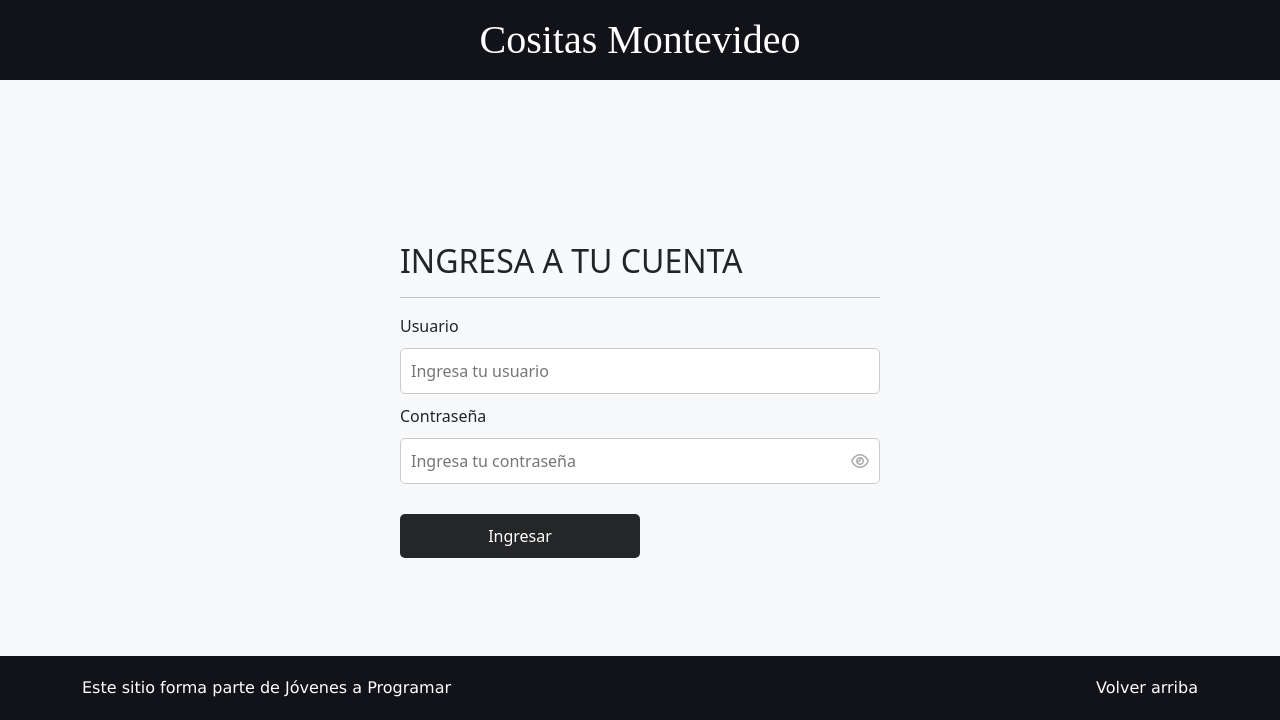
Repository: naticab/proyecto-dw
Page: login.html
An editor plug-in stored every save of this project. The page is shown before and after the next save, followed by the edit.
The browser window is 1280 px wide. The pictures show the whole page.
Some web fonts or font styles are not loaded; a fallback is used.

Above is the page before, as saved 2024-09-15 14:37:45.

### login.html
<!DOCTYPE html>
<html lang="es">

<head>
  <meta charset="UTF-8">
  <meta name="viewport" content="width=device-width, initial-scale=1, shrink-to-fit=no">
  <title>eMercado - Todo lo que busques está aquí</title>

  <link href="https://fonts.googleapis.com/css?family=Raleway:300,300i,400,400i,700,700i,900,900i" rel="stylesheet">
  <link href="css/bootstrap.min.css" rel="stylesheet">
  <link href="https://cdn.jsdelivr.net/npm/bootstrap@5.3.0/dist/css/bootstrap.min.css" rel="stylesheet">
  <link href="https://cdn.jsdelivr.net/npm/@fortawesome/fontawesome-free/css/all.min.css" rel="stylesheet">
  <link href="css/styles.css" rel="stylesheet" type="text/css">
  <link rel="stylesheet" href="css/login.css" type="text/css">
  <link href="css/header-and-footer.css" rel="stylesheet">
  <link href="https://fonts.googleapis.com/css2?family=Love+Ya+Like+A+Sister&display=swap" rel="stylesheet">
</head>

<body>

  <header>
    <div class="header-container">
        <h1>Cositas Montevideo</h1>
    </div>
</header>


  <main>
    <div class="login-container">
      <h2>INGRESA A TU CUENTA</h2>
      <hr>
      <label for="username">Usuario</label>
      <input type="text" id="username" name="username" placeholder="Ingresa tu usuario">

      <label for="password">Contraseña</label>
      <div class="password-container">
        <input type="password" id="password" name="password" placeholder="Ingresa tu contraseña">
        <i class="far fa-eye" id="togglePassword"></i>
      </div>

      <button type="submit" id="button">Ingresar</button>
    </div>
  </main>

  <footer class="text-center py-2">
    <div class="container">
      <div class="footer-content">
        <p class="footer-text">Este sitio forma parte de <a class="footer-link" href="https://jovenesaprogramar.edu.uy/"
            target="_blank">Jóvenes a Programar</a></p>
        <p class="footer-link-end">
          <a class="footer-link" href="#">Volver arriba</a>
        </p>
      </div>
    </div>
  </footer>

  <script src="js/login.js"></script>
</body>

</html>

### css/styles.css
.jumbotron,
.card-body,
.container,
.site-header {
  font-family: 'Verdana', serif !important;
}

.jumbotron .display-4 {
  font-weight: bold;
}

nav a {
  text-decoration: none;
}

.bd-placeholder-img {
  font-size: 1.125rem;
  text-anchor: middle;
  -webkit-user-select: none;
  -moz-user-select: none;
  -ms-user-select: none;
  user-select: none;
}

@media (min-width: 768px) {
  .bd-placeholder-img-lg {
    font-size: 3.5rem;
  }
}

.jumbotron {
  height: 50vh;
  padding: 5em inherit;
  margin-bottom: 0;
  background-color: #53C0FB;
  background: url('../img/cover_back.png');
  background-size: cover;
  background-position: center;
  background-repeat: no-repeat;
  color: black;
  font-weight: bold;
}

@media (min-width: 768px) {
  .jumbotron {
    padding-top: 6rem;
    padding-bottom: 6rem;
  }
}

.jumbotron p:last-child {
  margin-bottom: 0;
}

.jumbotron-heading {
  font-weight: 300;
}

.jumbotron .container {
  max-width: 40rem;
  background-color: rgba(255, 255, 255, 0.5);
  border-radius: 10px;
  text-shadow: 1px 1px 2px grey;
}

.jumbotron .lead {
  font-size: 38px;
}

.dropzone {
  border: 2px dashed #0087F7;
  border-radius: 5px;
  background: white;
}

.img-fit {
  max-height: 100%;
}

.alert {
  position: fixed;
  top: 80px;
  width: 50%;
  left: 50%;
  transform: translate(-50%, 0);
}

.lds-ring {
  display: inline-block;
  position: relative;
  width: 64px;
  height: 64px;
  top: 50%;
  left: 50%;
}

.cursor-active {
  cursor: pointer;
}

.left {
  float: left;
  padding: 4px;
  background-color: rgba(255, 255, 255, 0.5);
}

.lds-ring div {
  box-sizing: border-box;
  display: block;
  position: absolute;
  width: 51px;
  height: 51px;
  margin: 6px;
  border: 6px solid #fff;
  border-radius: 50%;
  animation: lds-ring 1.2s cubic-bezier(0.5, 0, 0.5, 1) infinite;
  border-color: #fff transparent transparent transparent;
}

.lds-ring div:nth-child(1) {
  animation-delay: -0.45s;
}

.lds-ring div:nth-child(2) {
  animation-delay: -0.3s;
}

.lds-ring div:nth-child(3) {
  animation-delay: -0.15s;
}

@keyframes lds-ring {
  0% {
    transform: rotate(0deg);
  }

  100% {
    transform: rotate(360deg);
  }
}

.signin {
  width: 100%;
  max-width: 330px;
  padding: 15px;
  margin: auto;
}

#spinner-wrapper {
  position: fixed;
  background-color: rgba(0, 0, 0, 0.5);
  width: 100%;
  height: 100%;
  top: 0;
  left: 0;
  z-index: 1021;
  display: none;
}

main {
  min-height: calc(100vh - 210px);
}

a.custom-card,
a.custom-card:hover {
  color: inherit;
  text-decoration: inherit;
}

.checked {
  color: orange;
}

### css/login.css
body {
    display: flex;
    flex-direction: column;
    height: 100vh; /* Asegura que el body ocupe toda la altura de la ventana */
    margin: 0;
    padding: 0;
}

main {
    flex: 1; /* Permite que el main ocupe todo el espacio restante */
    display: flex;
    justify-content: center;
    align-items: center;
    background-color: #f8f9fa;
    padding: 1rem; /* Añade padding si es necesario */
}


.login-container {
    width: 30em;
}

input {
    width: 100%;
    padding: 10px;
    margin: 10px 0;
    border-radius: 5px;
    border: 1px solid #ccc;
}

.password-container {
    position: relative;
}

.password-container i {
    position: absolute;
    right: 10px;
    top: 50%;
    transform: translateY(-50%);
    cursor: pointer;
    color: #aaa;
}

button {
    width: 50%;
    padding: 10px;
    margin-top: 20px;
    border: none;
    border-radius: 5px;
    background-color: #252628;
    color: white;
    cursor: pointer;
}

button:hover {
    background-color: #3f3f3f;
}



header {
    background: #121219;
    color: #fff;
    width: 100%;
    display: flex;
    justify-content: center;
    align-items: center;
    padding: 1rem 0; /* Añade padding arriba y abajo del header */
    box-sizing: border-box; /* Asegúrate de que el padding no afecte el ancho total */
    margin: 0; /* Elimina cualquier margen */
}

.header-container {
    width: 100%;
    text-align: center;
}

h1 {
    font-family: "Love Ya Like A Sister", cursive;
    margin: 0;
}




footer {
    position: fixed;
    bottom: 0;
    left: 0;
    width: 100%;
    padding-top: 1rem;
    padding-bottom: 1rem;
    background-color: #f8f9fa;
    text-align: center;
}

@media (max-width: 768px) {
    .login-container {
        width: 25em;
    }
}

@media (max-width: 576px) {

    body {
        background-color: #AAA8A4;
    }

    .login-container {
        width: 20em;
        padding: 15px;
    }

    button {
        width: 50%;
    }

    input {
        margin: 5px 0;
    }

    footer {
        visibility: hidden;
    }
}

### css/header-and-footer.css
header {
    background: #121219;
    color: #fff;
    position: relative;
}

h1 {
    font-family: "Love Ya Like A Sister", cursive;

}

a.nav-link {
    color: #f1f1f1;
}

a.nav-link:hover {
    color: #9b9a9b;
    transition: color 0.3s, text-shadow 0.3s;
    transform: scale(1.05);
}

/* Espaciado entre los elementos del menú */
.navbar-nav .nav-item {
    margin-right: 40px;
}

.navbar-nav .nav-item:last-child {
    margin-right: 0; /* Quitar margen derecho al último elemento */
}

#user-name.nav-link {
    color: #f1f1f1;
}

#user-name.nav-link:hover {
    color: #9b9a9b;
    transform: scale(1.05);
    transition: color 0.3s, text-shadow 0.3s;
}

.navbar-collapse {
    justify-content: flex-end;
}

.navbar-toggler:hover {
    cursor: pointer;
}

@media (max-width: 995px) {

    .navbar-collapse {
        display: none;
        position: absolute;
        top: 100%;
        left: -40px;
        width: 240%;
        z-index: 999;
        flex-direction: column-reverse;
        align-items: center;
justify-content: center;    }

    .navbar-collapse.show {
        display: flex;
    }

    .navbar-nav {
        background: #121219;
        color: #fff;
        padding: 1.5rem;
        border-radius: 0 0 100px 100px;
        font-weight: bold;
        text-align: center;
        display: flex;
        justify-content: center; /* Centra horizontalmente todos los li */
        align-items: center; /* Centra verticalmente los li */
        width: 100%;
    }

    .navbar-toggler-icon {
        background-image: url('data:[embedded picture, 238 characters]');
        filter: brightness(0) invert(1); /* Cambia el icono a blanco */
    }


    .navbar-nav:hover {
        cursor: pointer;
    }

    a.nav-link:hover {
        color: #9b9a9b;
        transition: color 0.3s, text-shadow 0.3s;
        transform: scale(1.05);
    }

    .navbar-nav .nav-item {
        margin: 10px 0;
    }
}


footer {
    background: #121219;
    color: #fff;
    min-height: 4rem;
    display: flex;
    justify-content: center;
    align-items: center;
    padding: 0 1rem; /* Ajusta el padding si es necesario */
}

.container {
    width: 100%;
}

.footer-content {
    display: flex;
    justify-content: space-between;
    width: 100%;
    align-items: center;
}

.footer-text {
    margin: 0;
    text-align: center;
}

.footer-link-end {
    margin: 0;
    text-align: right;
}

.footer-link {
    color: #fff;
    text-decoration: none;
}

.footer-link:hover {
    color: #9b9a9b;
    transition: color 0.3s, text-shadow 0.3s;
    transform: scale(1.05);
}

### js/login.js
document.getElementById('togglePassword').addEventListener('click', function () {
    const passwordField = document.getElementById('password');
    const type = passwordField.getAttribute('type') === 'password' ? 'text' : 'password';
    passwordField.setAttribute('type', type);

    this.classList.toggle('fa-eye-slash');
});

Loaded but not shown: css/bootstrap.min.css (library)

After the next save:
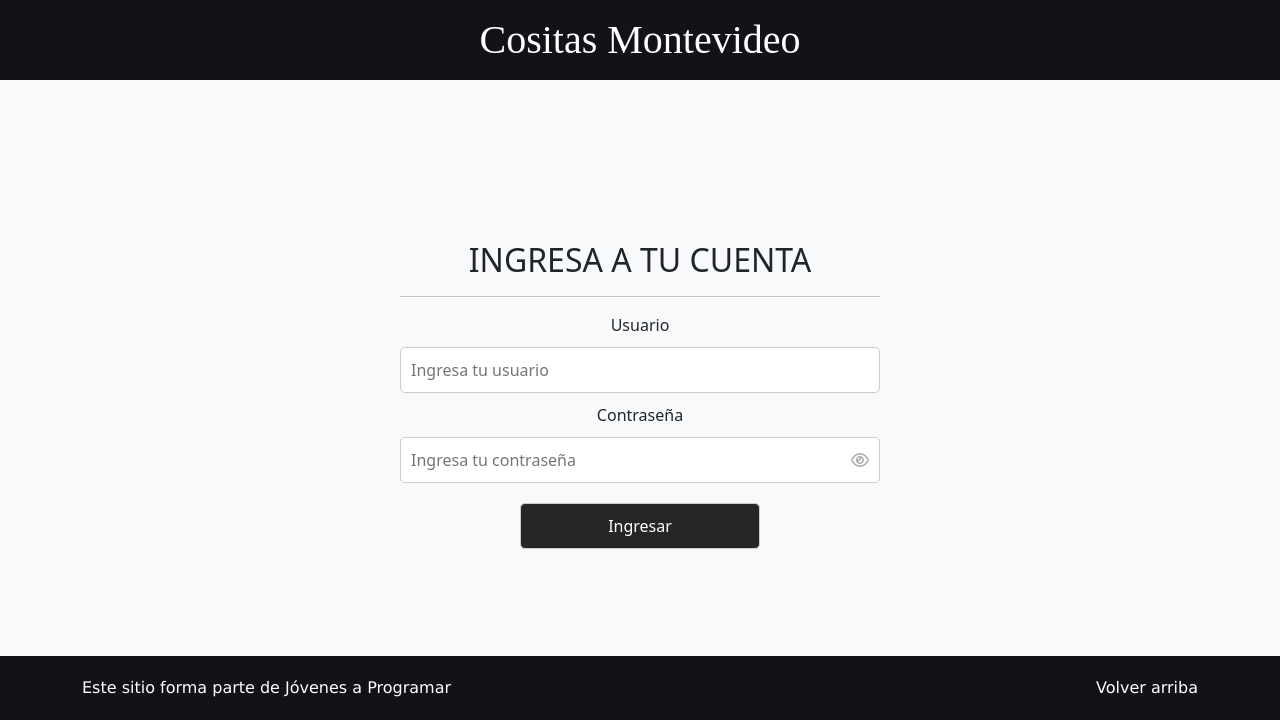
Saved 59 s later.
--- a/css/login.css
+++ b/css/login.css
@@ -18,15 +18,28 @@
 
 .login-container {
     width: 30em;
+    text-align: center; /* Centra el texto dentro del contenedor */
 }
 
-input {
+input, button {
     width: 100%;
     padding: 10px;
     margin: 10px 0;
     border-radius: 5px;
     border: 1px solid #ccc;
 }
+
+button {
+    width: 50%;
+    background-color: #252628;
+    color: white;
+    cursor: pointer;
+}
+
+button:hover {
+    background-color: #3f3f3f;
+}
+
 
 .password-container {
     position: relative;
@@ -41,20 +54,7 @@
     color: #aaa;
 }
 
-button {
-    width: 50%;
-    padding: 10px;
-    margin-top: 20px;
-    border: none;
-    border-radius: 5px;
-    background-color: #252628;
-    color: white;
-    cursor: pointer;
-}
 
-button:hover {
-    background-color: #3f3f3f;
-}
 
 
 

After the save that followed:
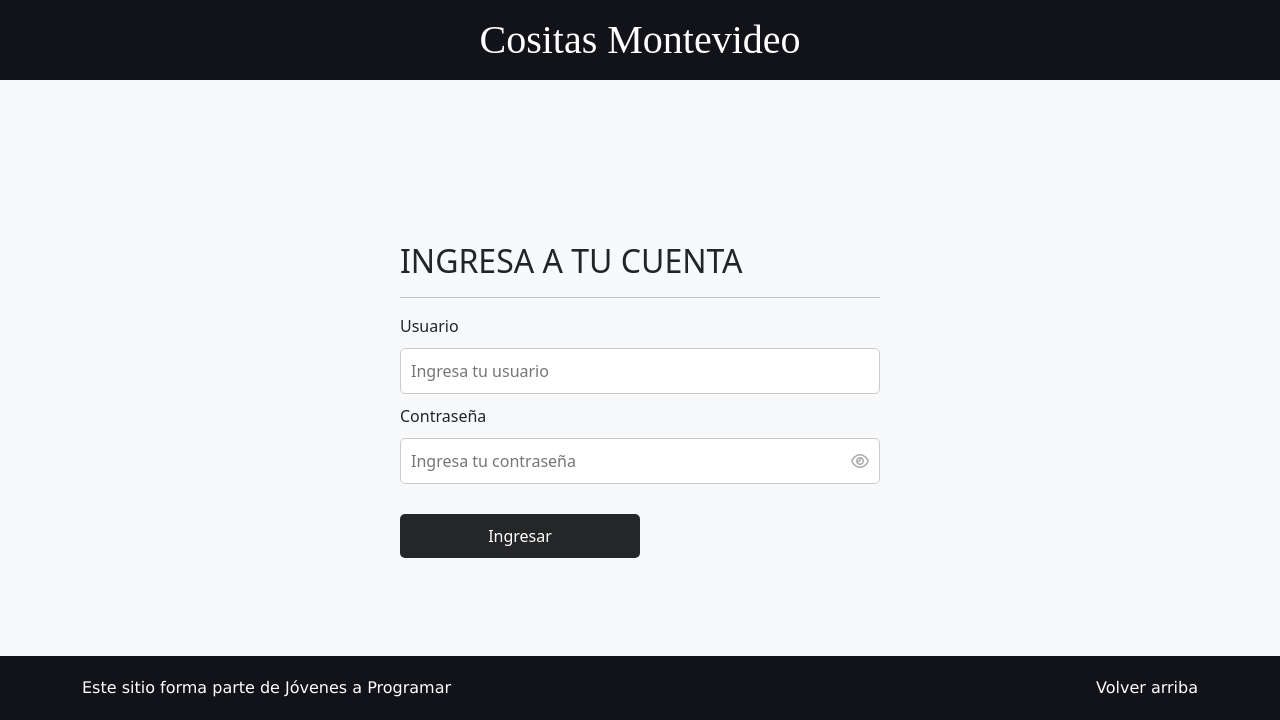
Saved 14 s later.
--- a/css/login.css
+++ b/css/login.css
@@ -18,28 +18,15 @@
 
 .login-container {
     width: 30em;
-    text-align: center; /* Centra el texto dentro del contenedor */
 }
 
-input, button {
+input {
     width: 100%;
     padding: 10px;
     margin: 10px 0;
     border-radius: 5px;
     border: 1px solid #ccc;
 }
-
-button {
-    width: 50%;
-    background-color: #252628;
-    color: white;
-    cursor: pointer;
-}
-
-button:hover {
-    background-color: #3f3f3f;
-}
-
 
 .password-container {
     position: relative;
@@ -54,7 +41,20 @@
     color: #aaa;
 }
 
+button {
+    width: 50%;
+    padding: 10px;
+    margin-top: 20px;
+    border: none;
+    border-radius: 5px;
+    background-color: #252628;
+    color: white;
+    cursor: pointer;
+}
 
+button:hover {
+    background-color: #3f3f3f;
+}
 
 
 
